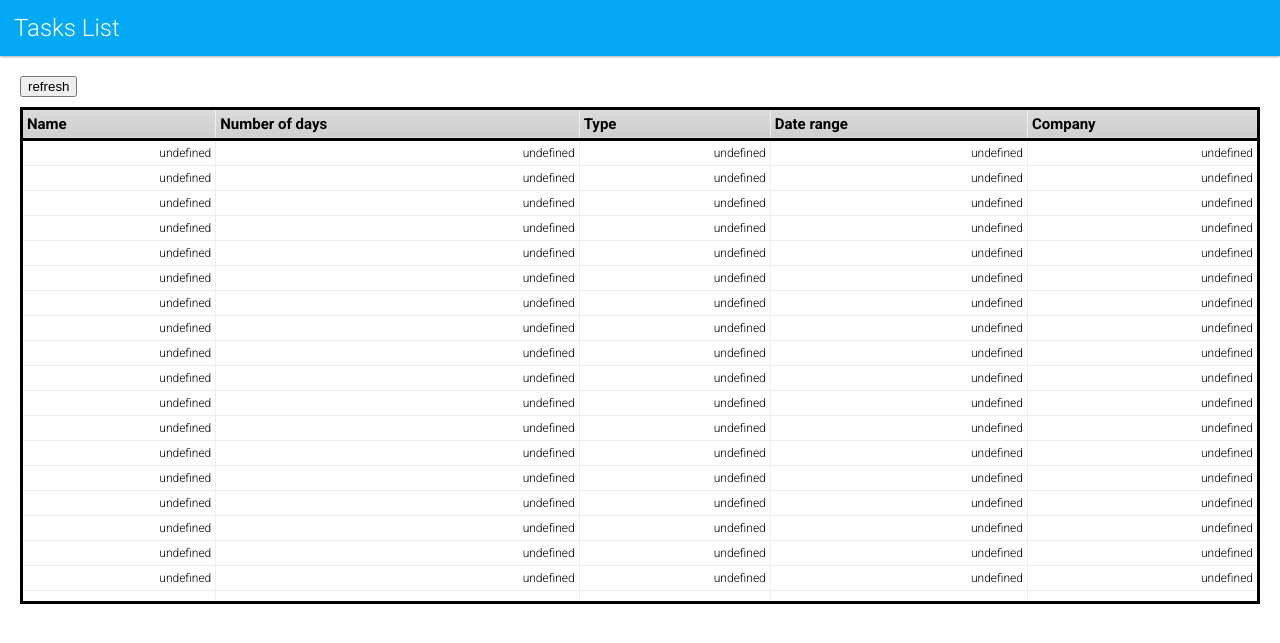
Repository: Megan74/Test-Vanilla-JS
Page: index.html
An editor plug-in stored every save of this project. The page is shown before and after the next save, followed by the edit.
The browser window is 1280 px wide. The pictures show the whole page.

Above is the page before, as saved 2022-06-26 18:52:25.

After the next save:
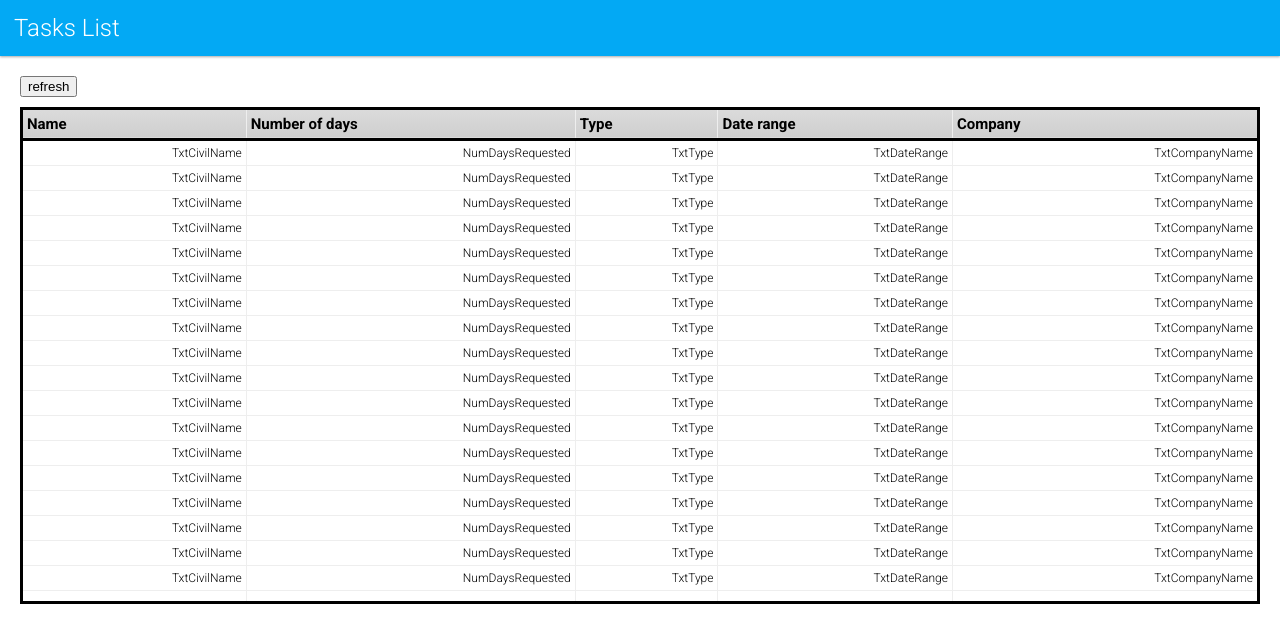
Saved 2 min 1 s later.
--- a/js/_components/tasks-table.component.js
+++ b/js/_components/tasks-table.component.js
@@ -106,7 +106,7 @@
 
             for (var i = 0; i < self.columns.length; i++) {
                 var col = self.columns[i];
-                columns.push(`<td>${task[col.property]}</td>`);
+                columns.push(`<td>${col.property}</td>`);
             }
 
             var tr = document.createElement('tr');

After the save that followed:
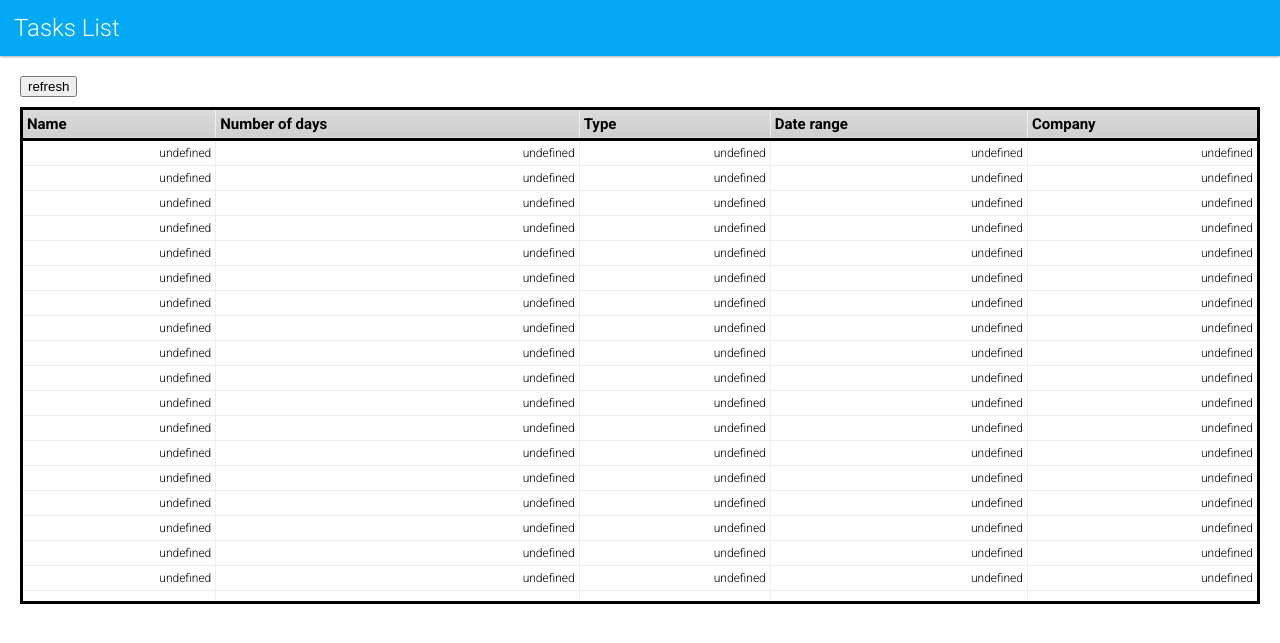
Saved 76 s later.
--- a/js/_components/tasks-table.component.js
+++ b/js/_components/tasks-table.component.js
@@ -106,7 +106,7 @@
 
             for (var i = 0; i < self.columns.length; i++) {
                 var col = self.columns[i];
-                columns.push(`<td>${col.property}</td>`);
+                columns.push(`<td>${task[col.property]}</td>`);
             }
 
             var tr = document.createElement('tr');
